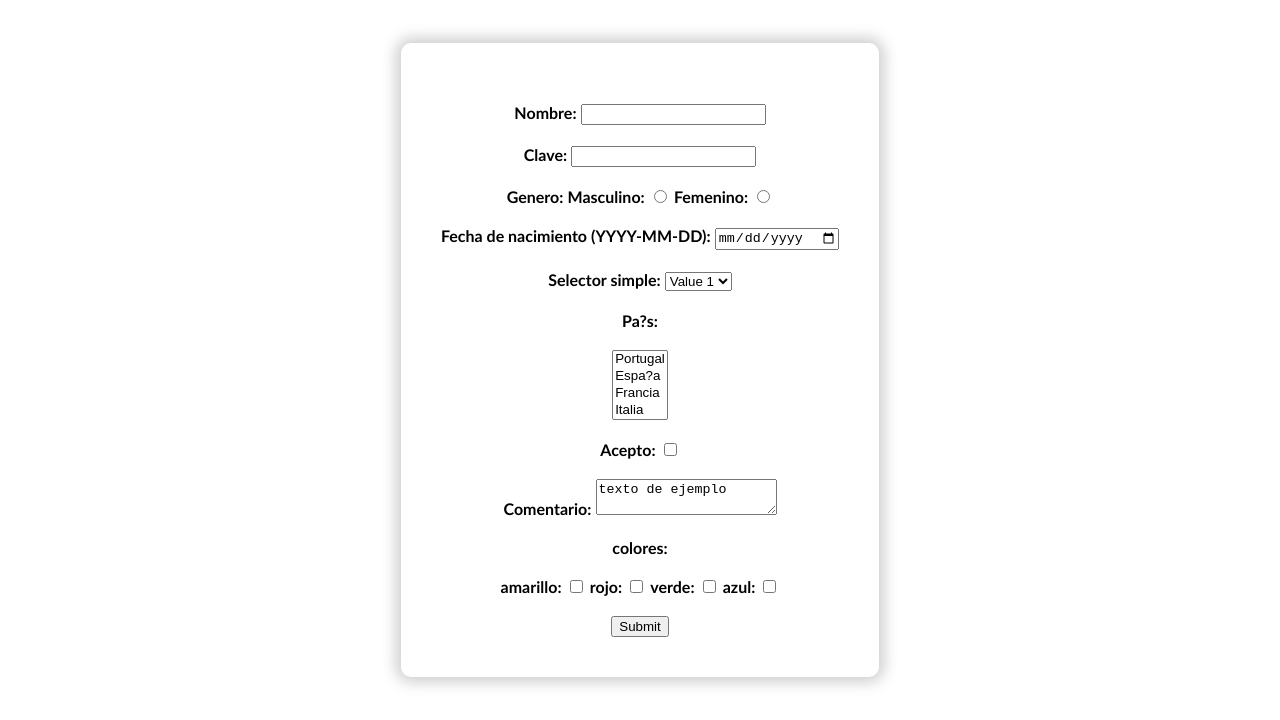
Repository: alvaroteja/ServidorJava
Page: http://localhost/12-EchoParametrosConArchivosJSP/formulario.jsp
The author's editor kept a copy of each file at every save. The page is drawn from the files as they stood at one save, then again after the next save.
The browser window is 1280 px wide. The pictures show the whole page.
The page is served by Tomcat 10. Other server files are loaded and not shown.

Above is the page before, as saved 2023-01-24 09:59:51.

### 12-EchoParametrosConArchivosJSP/src/main/webapp/formulario.jsp
<%@ page language="java" contentType="text/html; charset=ISO-8859-1"
	pageEncoding="UTF-8"%>
<!DOCTYPE html>
<html>
<head>
<meta charset="UTF-8">
<title>Insert title here</title>
<style>
body {
	margin: 0;
	width: 100vw;
	height: 100vh;
	display: flex;
	align-items: center;
	justify-content: center;
}

form {
	background-color: white;
	box-shadow: 0 0 15px 5px rgba(0, 0, 0, 0.2);
	padding: 40px;
	border-radius: 10px;
	text-align: center;
	font-family: "Gill Sans", "Gill Sans MT", Calibri, "Trebuchet MS",
		sans-serif;
}

form>* {
	margin-top: 20px;
}

label {
	display: inline-block;
	font-weight: bold;
}
</style>
</head>
<body>
	<form action="FormularioServlet" method="post">
		<label>Nombre:</label> <input type="text" name="nombre" /> <br /> <label>Clave:</label>
		<input type="password" name="clave" /> <br /> <label>Genero:</label>
		<label>Masculino:</label> <input type="radio" name="genero"
			value="masculino" /> <label>Femenino:</label> <input type="radio"
			name="genero" value="femenino" /> <br /> <label>Fecha de
			nacimiento (YYYY-MM-DD):</label> <input type="date" name="FechaNacimiento" />
		<br /> <label>Selector simple:</label> <select name="selectorSimple">
			<option value="value1">Value 1</option>
			<option value="value2">Value 2</option>
			<option value="value3">Value 3</option>
		</select> <br /> <label>Pa�s:</label> <br /> <select name="pais" id="pais"
			multiple>
			<option value="Portugal">Portugal</option>
			<option value="Espana">Espa�a</option>
			<option value="Francia">Francia</option>
			<option value="Italia">Italia</option>
		</select> <br /> <label>Acepto:</label> <input type="checkbox" name="acepto" />
		<br /> <label>Comentario:</label>
		<textarea name="comentario">texto de ejemplo</textarea>
		<input type="hidden" name="oculto" value="aa" /><br /> <label
			class="margen">colores:</label> <br /> <label>amarillo:</label> <input
			type="checkbox" name="colores" value="amarillo" /> <label>rojo:</label>
		<input type="checkbox" name="colores" value="rojo" /> <label>verde:</label>
		<input type="checkbox" name="colores" value="verde" /> <label>azul:</label>
		<input type="checkbox" name="colores" value="azul" /> <br /> <input
			type="submit" />
	</form>
</body>
</html>

After the next save:
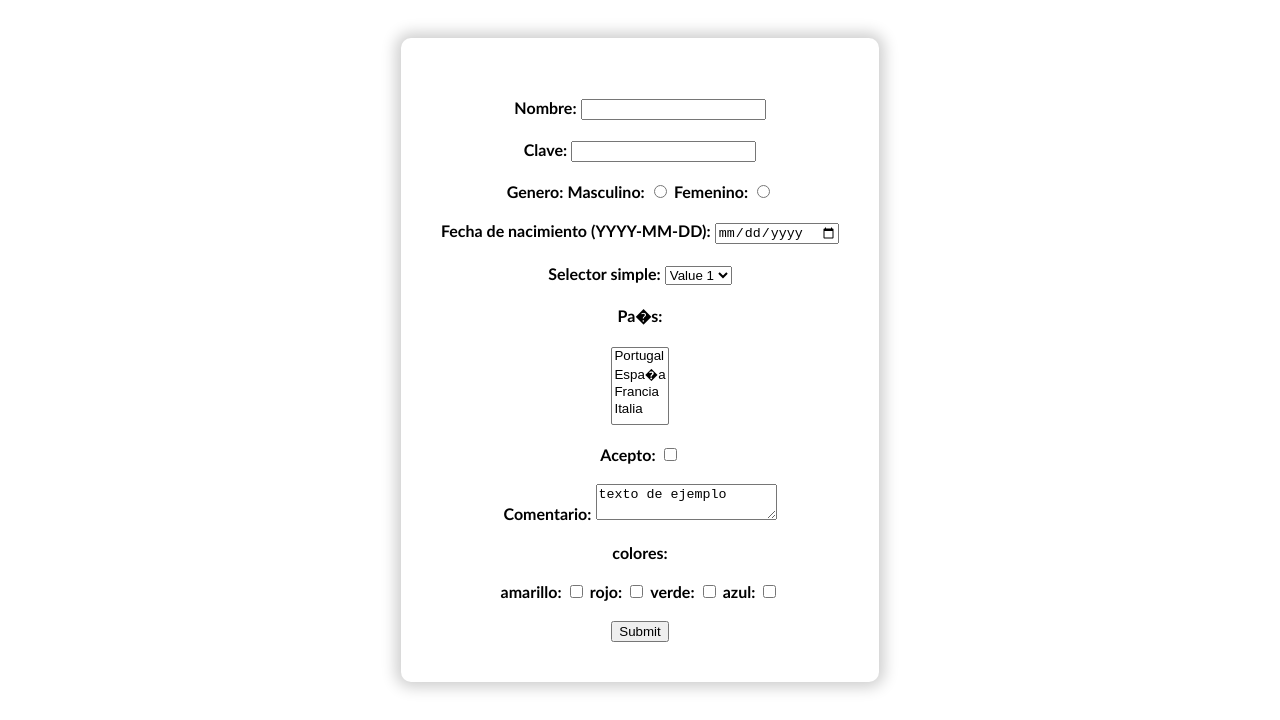
Saved 49 s later.
--- a/12-EchoParametrosConArchivosJSP/src/main/webapp/formulario.jsp
+++ b/12-EchoParametrosConArchivosJSP/src/main/webapp/formulario.jsp
@@ -1,4 +1,4 @@
-<%@ page language="java" contentType="text/html; charset=ISO-8859-1"
+<%@ page language="java" contentType="text/html; charset=UTF-8"
 	pageEncoding="UTF-8"%>
 <!DOCTYPE html>
 <html>
